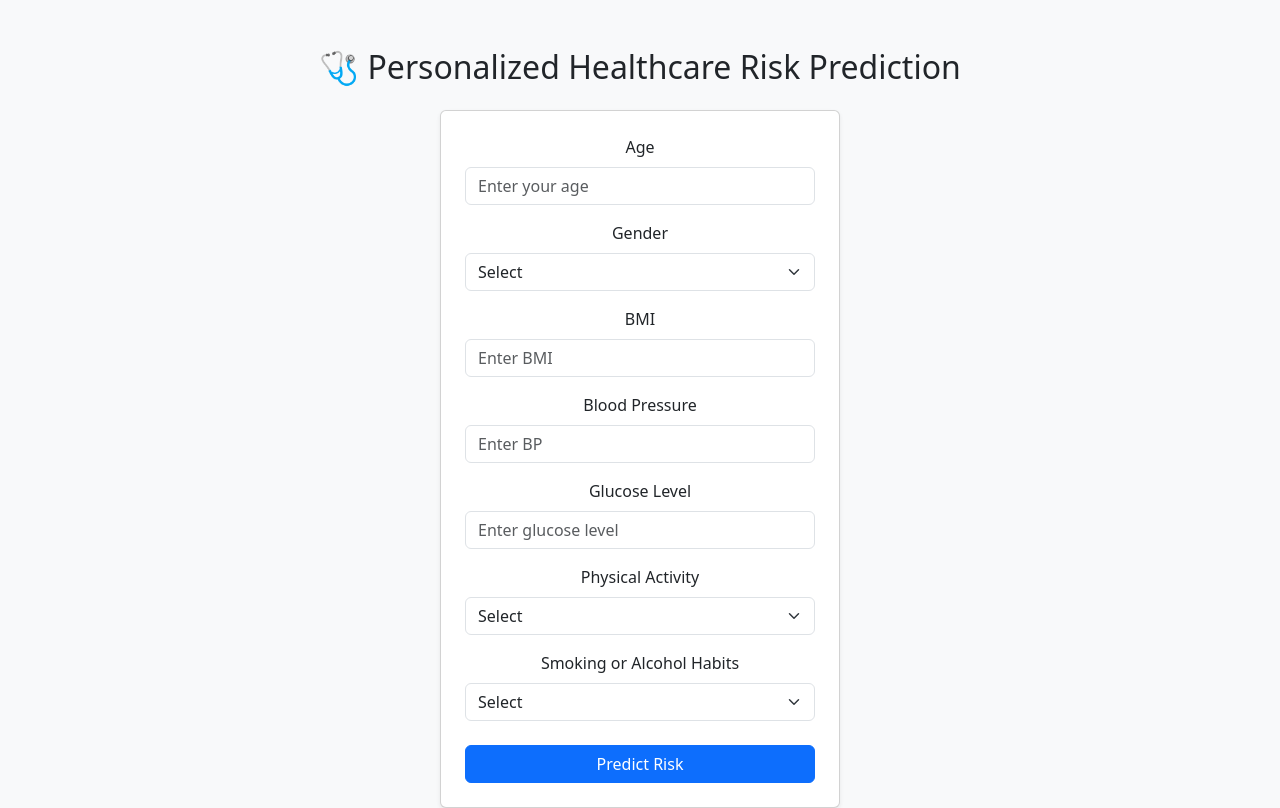
Repository: vipinsamy-sys/ML-health_tracker
Page: http://localhost/
These files come from the project's save history. The page is drawn as it stood at one moment and after a run of saves; the edit follows.
The browser window is 1280 px wide. The pictures show the whole page.
The page is served by the project's application, run on Flask 3 (app.py).

Above is the page before, as saved 2025-10-31 00:16:11.

### templates/index.html
<!DOCTYPE html>
<html lang="en">
<head>
  <meta charset="UTF-8">
  <title>Healthcare Risk Prediction</title>
  <link rel="stylesheet" href="https://cdn.jsdelivr.net/npm/bootstrap@5.3.0/dist/css/bootstrap.min.css">
</head>
<body class="bg-light">
  <div class="container text-center mt-5">
    <h2 class="mb-4">🩺 Personalized Healthcare Risk Prediction</h2>

    <form action="/predict" method="POST" class="card p-4 shadow-sm mx-auto" style="max-width:400px;">
      <div class="mb-3">
        <label class="form-label">Age</label>
        <input type="number" class="form-control" name="age" placeholder="Enter your age" required min="1" max="120">
      </div>

      <div class="mb-3">
        <label class="form-label">Gender</label>
        <select class="form-select" name="gender" required>
          <option value="">Select</option>
          <option>Male</option>
          <option>Female</option>
          <option>Other</option>
        </select>
      </div>

      <div class="mb-3">
        <label class="form-label">BMI</label>
        <input type="number" class="form-control" name="bmi" placeholder="Enter BMI" step="0.1" min="10" max="60" required>
      </div>

      <div class="mb-3">
        <label class="form-label">Blood Pressure</label>
        <input type="number" class="form-control" name="bp" placeholder="Enter BP" step="1" min="50" max="250" required>
      </div>

      <div class="mb-3">
        <label class="form-label">Glucose Level</label>
        <input type="number" class="form-control" name="glucose" placeholder="Enter glucose level" step="0.1" required>
      </div>

      <div class="mb-3">
        <label class="form-label">Physical Activity</label>
        <select class="form-select" name="activity" required>
          <option value="">Select</option>
          <option>Low</option>
          <option>Moderate</option>
          <option>High</option>
        </select>
      </div>

      <div class="mb-4">
        <label class="form-label">Smoking or Alcohol Habits</label>
        <select class="form-select" name="habits" required>
          <option value="">Select</option>
          <option>No</option>
          <option>Yes</option>
        </select>
      </div>

      <button class="btn btn-primary w-100">Predict Risk</button>
    </form>

    {% if result %}
      <div class="alert alert-info mt-4 fs-5">{{ result }}</div>
    {% endif %}
  </div>
</body>
</html>

### app.py
from flask import Flask, request, render_template, jsonify
import joblib
import numpy as np

app = Flask(__name__)

model = joblib.load('model/model.pkl')

@app.route('/')
def home():
    return render_template('index.html')

@app.route('/predict', methods=['POST'])
def predict():
    try:
        age = float(request.form['age'])
        bmi = float(request.form['bmi'])
        bp = float(request.form['bp'])
        glucose = float(request.form['glucose'])

        input_data = np.array([[age, bmi, bp, glucose]])
        prediction = model.predict(input_data)[0]

        result = "⚠️ High Risk" if prediction == 1 else "✅ Low Risk"
        return render_template('index.html', result=result)

    except Exception as e:
        return jsonify({'error': str(e)})

if __name__ == "__main__":
    app.run(debug=True)

After the next 2 saves:
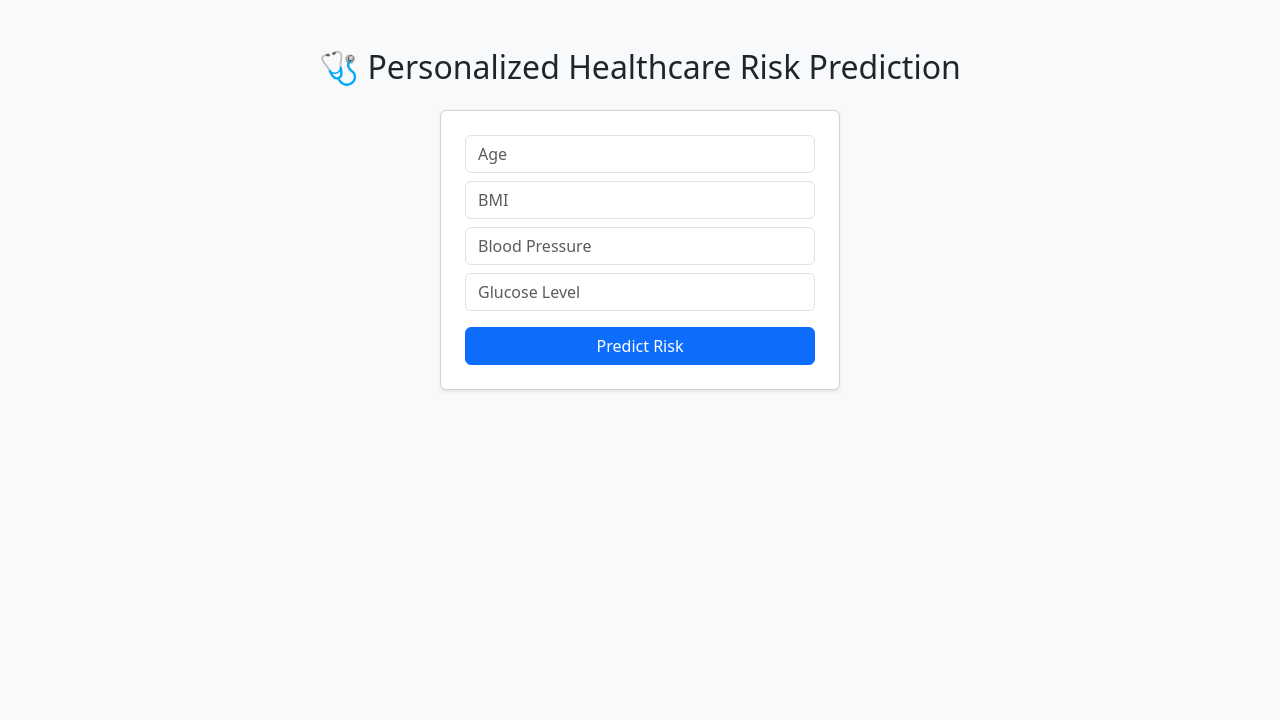
The 2 saves are shown as one change because they came seconds apart.
The last was saved 42 s later.
--- a/templates/index.html
+++ b/templates/index.html
@@ -8,62 +8,15 @@
 <body class="bg-light">
   <div class="container text-center mt-5">
     <h2 class="mb-4">🩺 Personalized Healthcare Risk Prediction</h2>
-
     <form action="/predict" method="POST" class="card p-4 shadow-sm mx-auto" style="max-width:400px;">
-      <div class="mb-3">
-        <label class="form-label">Age</label>
-        <input type="number" class="form-control" name="age" placeholder="Enter your age" required min="1" max="120">
-      </div>
-
-      <div class="mb-3">
-        <label class="form-label">Gender</label>
-        <select class="form-select" name="gender" required>
-          <option value="">Select</option>
-          <option>Male</option>
-          <option>Female</option>
-          <option>Other</option>
-        </select>
-      </div>
-
-      <div class="mb-3">
-        <label class="form-label">BMI</label>
-        <input type="number" class="form-control" name="bmi" placeholder="Enter BMI" step="0.1" min="10" max="60" required>
-      </div>
-
-      <div class="mb-3">
-        <label class="form-label">Blood Pressure</label>
-        <input type="number" class="form-control" name="bp" placeholder="Enter BP" step="1" min="50" max="250" required>
-      </div>
-
-      <div class="mb-3">
-        <label class="form-label">Glucose Level</label>
-        <input type="number" class="form-control" name="glucose" placeholder="Enter glucose level" step="0.1" required>
-      </div>
-
-      <div class="mb-3">
-        <label class="form-label">Physical Activity</label>
-        <select class="form-select" name="activity" required>
-          <option value="">Select</option>
-          <option>Low</option>
-          <option>Moderate</option>
-          <option>High</option>
-        </select>
-      </div>
-
-      <div class="mb-4">
-        <label class="form-label">Smoking or Alcohol Habits</label>
-        <select class="form-select" name="habits" required>
-          <option value="">Select</option>
-          <option>No</option>
-          <option>Yes</option>
-        </select>
-      </div>
-
+      <input type="number" class="form-control mb-2" name="age" placeholder="Age" required>
+      <input type="number" class="form-control mb-2" name="bmi" placeholder="BMI" required step="0.1">
+      <input type="number" class="form-control mb-2" name="bp" placeholder="Blood Pressure" required>
+      <input type="number" class="form-control mb-3" name="glucose" placeholder="Glucose Level" required>
       <button class="btn btn-primary w-100">Predict Risk</button>
     </form>
-
     {% if result %}
-      <div class="alert alert-info mt-4 fs-5">{{ result }}</div>
+      <div class="alert alert-info mt-4">{{ result }}</div>
     {% endif %}
   </div>
 </body>
